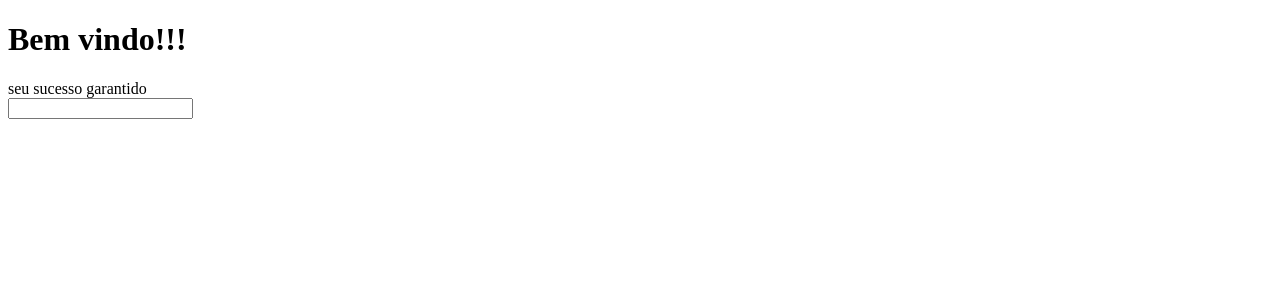
Repository: ClaytonEduard/cursojdev
Page: http://localhost/curso-jsp/
An editor plug-in stored every save of this project. The page is shown before and after the next save, followed by the edit.
The browser window is 1280 px wide. The pictures show the whole page.
The page is served by Tomcat 9.

Above is the page before, as saved 2020-06-17 15:16:33.

After the next save:
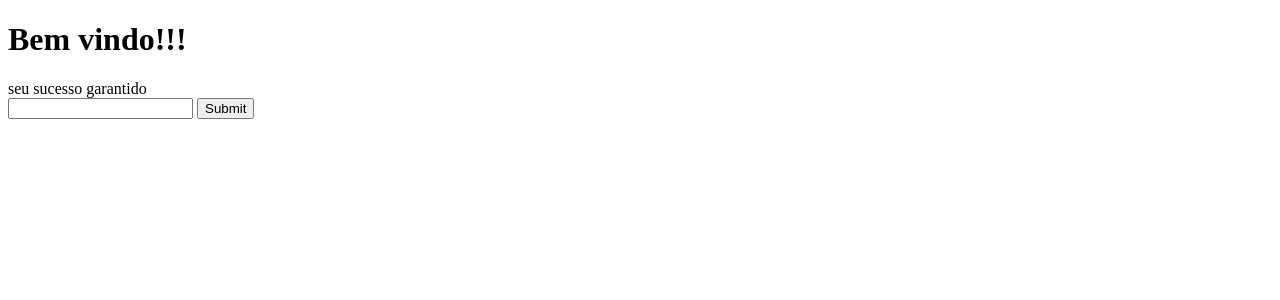
Saved 27 s later.
--- a/curso-jsp/WebContent/index.jsp
+++ b/curso-jsp/WebContent/index.jsp
@@ -14,7 +14,7 @@
  <form action="">
 
  <input type="text" id="nome" name="nome"></input>
-
+  <input type = "submit" </input>
  </form>
 </body>
 </html>
